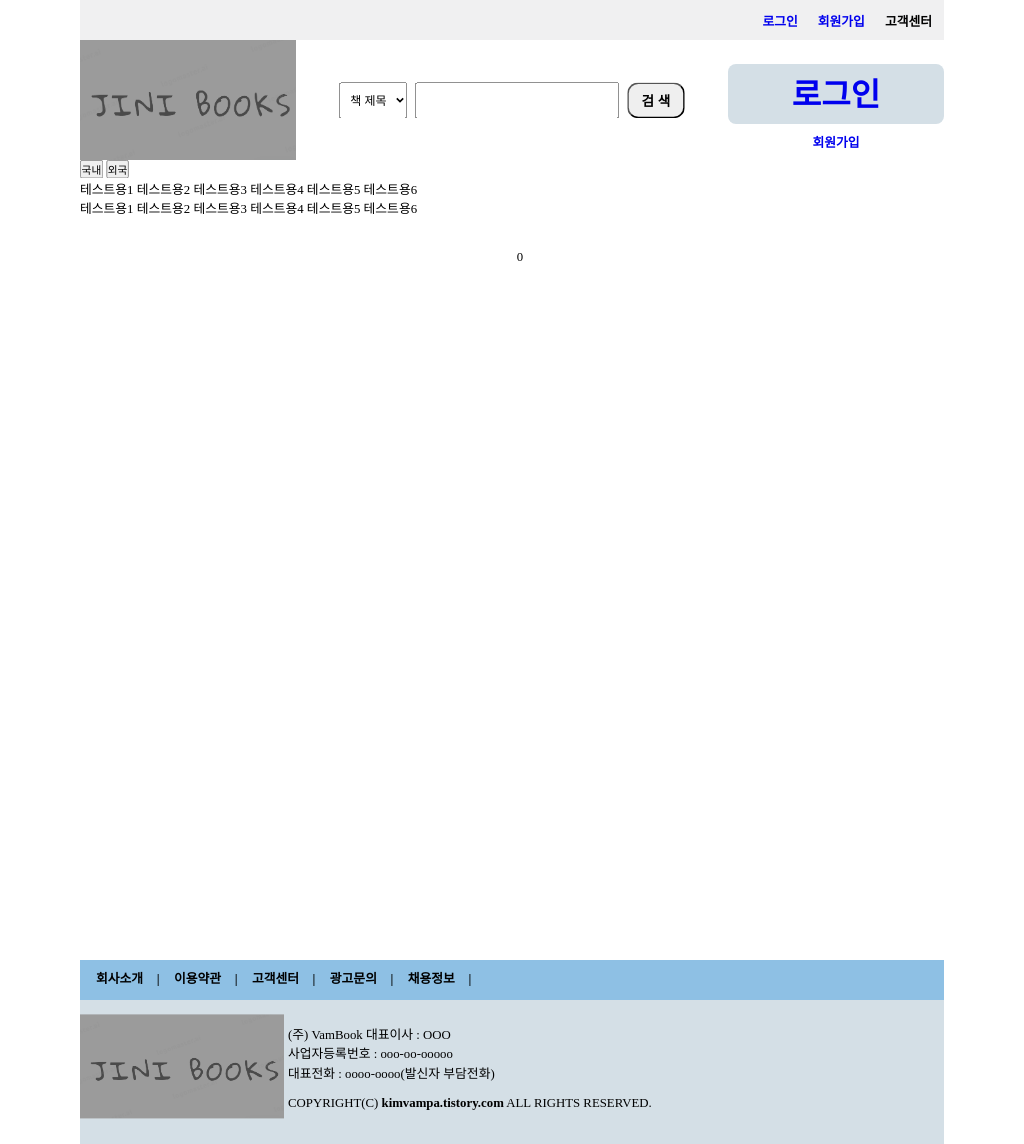
Repository: leechanjin7/ShoppingMall
Page: http://localhost/ShoppingMall/WEB-INF/views/search.jsp
An editor plug-in stored every save of this project. The page is shown before and after the next save, followed by the edit.
The browser window is 1280 px wide. The pictures show the whole page, at 80% of full size.
The page is served by Tomcat 9. Nobody is signed in. The template is opened directly, without the code that normally fills it, so the values that code supplies are empty.

Above is the page before, as saved 2023-09-12 02:25:31.

After the next save:
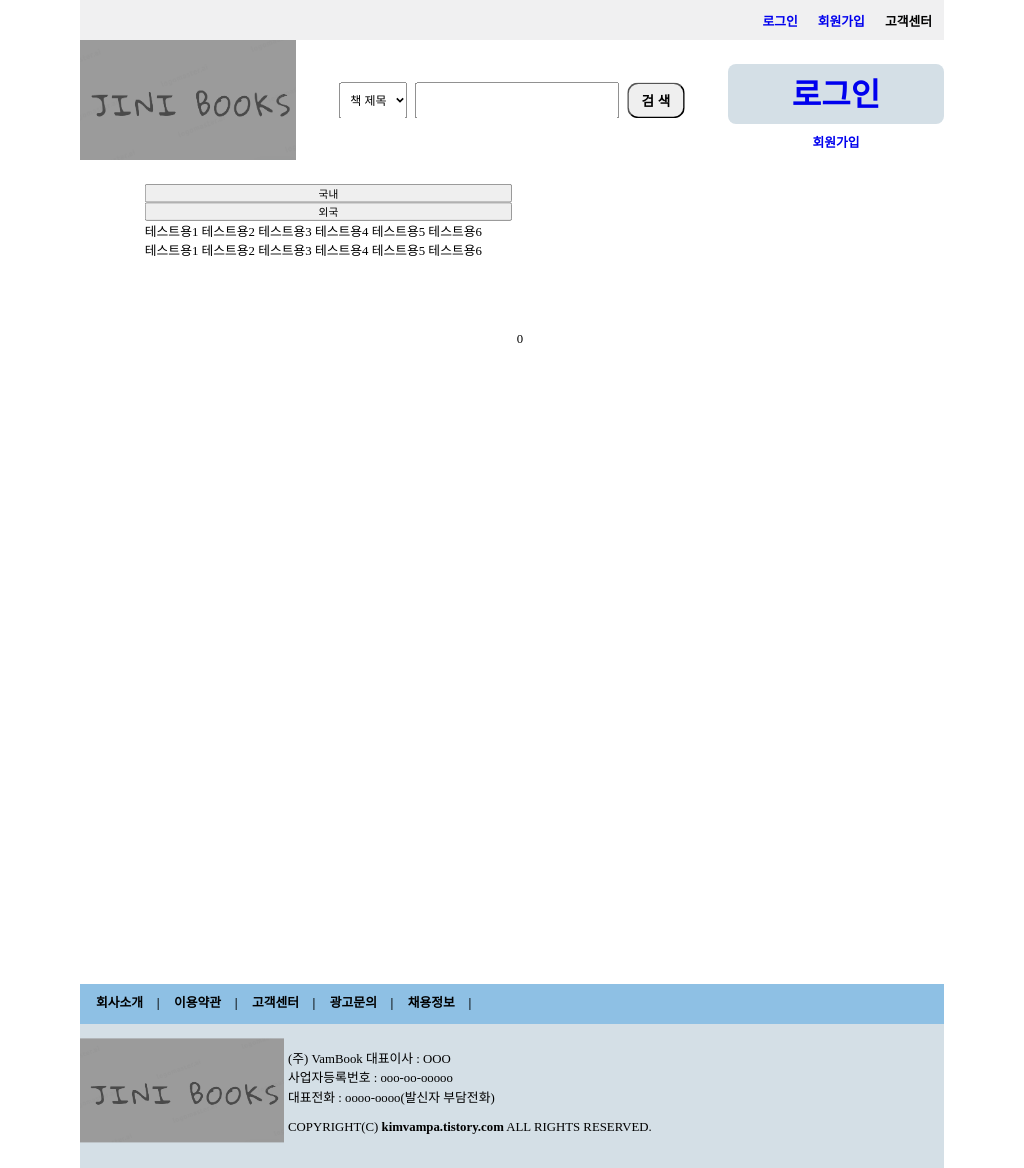
Saved 11 s later.
--- a/workspace/ShoppingMall/src/main/webapp/resources/css/search.css
+++ b/workspace/ShoppingMall/src/main/webapp/resources/css/search.css
@@ -297,6 +297,21 @@ a {
 	display: block;
 }
 
+/* 필터정보 */
+.search_filter {
+    width: 85%;
+    margin: auto;
+	margin-top: 30px;
+    margin-bottom: 50px;
+}
+.filter_button_wrap {
+    width: 100%;
+}
+
+.filter_button_wrap button {
+    width: 50%;
+}
+
 /* footer navai 영역 */
 .footer_nav {
 	width: 100%;
